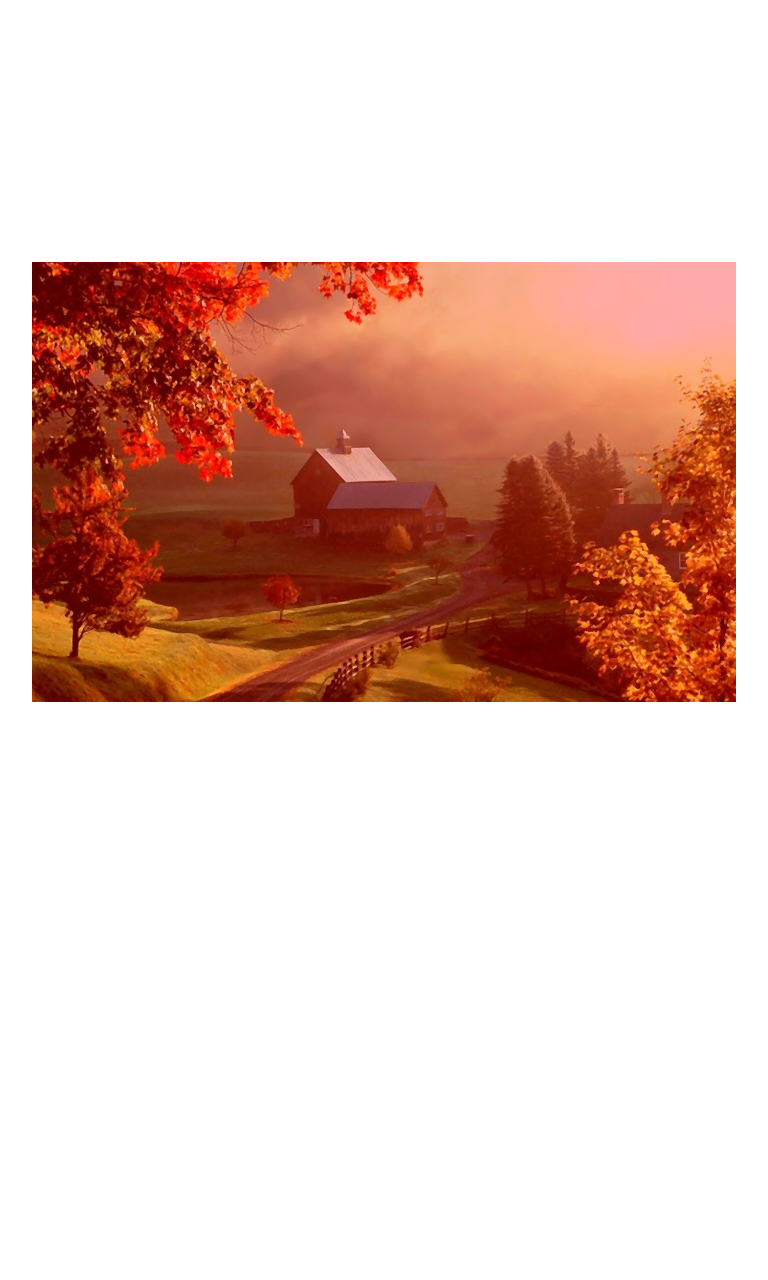
Repository: EnjoyWorkTrue/Spring2014
Layout: CMP464/Assignment3/res/layout/activity_activity3.xml
These files come from the project's save history. The layout is drawn as it stood at one moment and after the next save; the edit follows.
It is drawn on a 768 x 1280 px phone screen (xhdpi) without system bars, with theme AppTheme; the app's code is not run.

Above is the layout before, as saved 2014-02-25 20:23:03.

### CMP464/Assignment3/res/layout/activity_activity3.xml
<RelativeLayout xmlns:android="http://schemas.android.com/apk/res/android"
    xmlns:tools="http://schemas.android.com/tools"
    android:layout_width="match_parent"
    android:layout_height="match_parent"
    android:paddingBottom="@dimen/activity_vertical_margin"
    android:paddingLeft="@dimen/activity_horizontal_margin"
    android:paddingRight="@dimen/activity_horizontal_margin"
    android:paddingTop="@dimen/activity_vertical_margin"
    tools:context=".Activity3" >

    <ImageView
      android:layout_width="wrap_content"
      android:layout_height="wrap_content"
      android:tint="#55ff0000"
      android:src="@drawable/beautiful"/>

</RelativeLayout>

Loaded but not shown: CMP464/Assignment3/res/values/styles.xml (common file); CMP464/Assignment3/res/values-v11/styles.xml (common file); CMP464/Assignment3/res/values-v14/styles.xml (common file); CMP464/Assignment3/res/values/dimens.xml (common file)

After the next save:
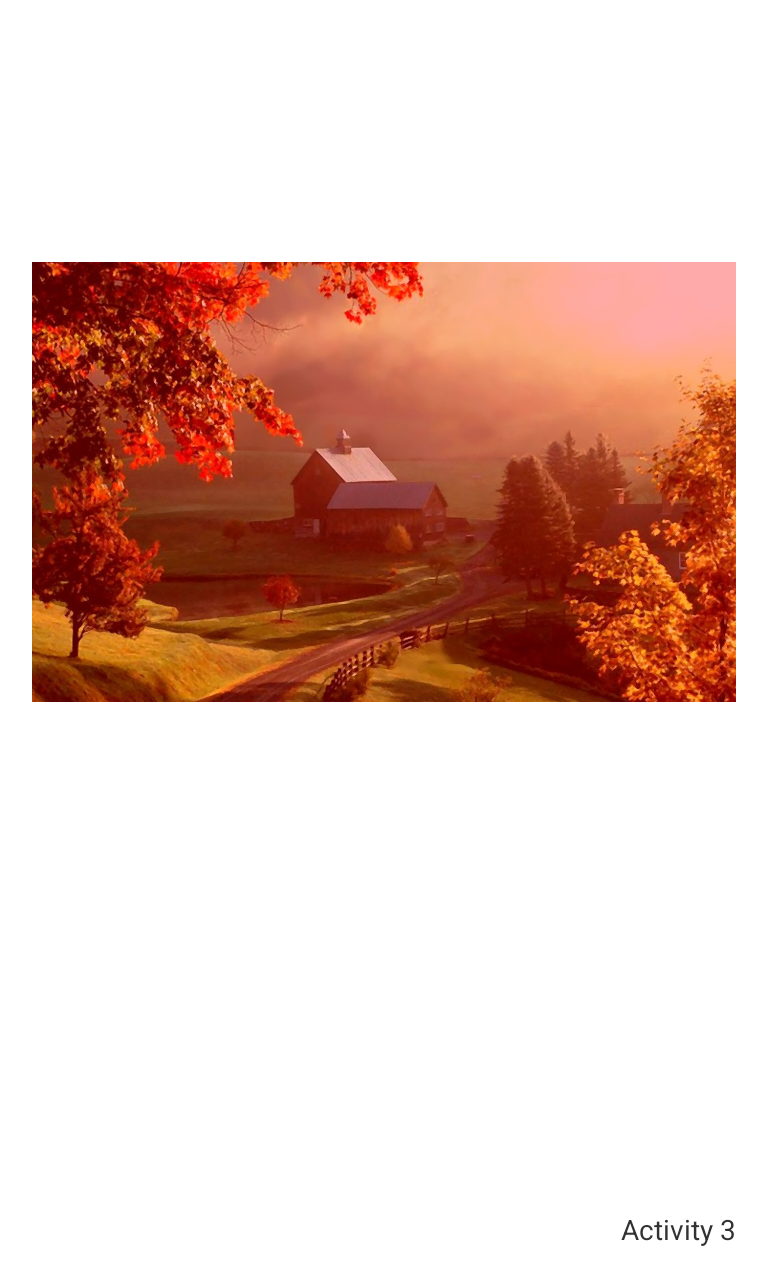
Saved 100 s later.
--- a/CMP464/Assignment3/res/layout/activity_activity3.xml
+++ b/CMP464/Assignment3/res/layout/activity_activity3.xml
@@ -14,4 +14,12 @@
       android:tint="#55ff0000"
       android:src="@drawable/beautiful"/>
 
+    <TextView
+        android:id="@+id/textView1"
+        android:layout_width="wrap_content"
+        android:layout_height="wrap_content"
+        android:layout_alignParentBottom="true"
+        android:layout_alignParentRight="true"
+        android:text="Activity 3" />
+
 </RelativeLayout>
